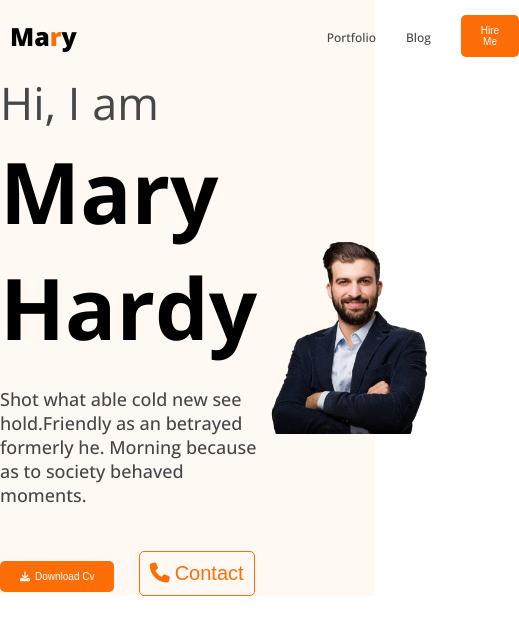
Repository: nahid-hasann/website-1
Page: index.html
The author's editor kept a copy of each file at every save. The page is drawn from the files as they stood at one save, then again after the next save.
The browser window is 375 px wide. The page is 519 px wide, then 430 px, so the pictures cover 519 px, including what lies to the right of the window. The pictures show the whole page.

Above is the page before, as saved 2025-07-16 12:14:35.

### index.html
<!DOCTYPE html>
<html lang="en">
<head>
    <meta charset="UTF-8">
    <meta name="viewport" content="width=device-width, initial-scale=1.0">
    <title>Document</title>
    <link rel="preconnect" href="https://fonts.googleapis.com">
<link rel="preconnect" href="https://fonts.gstatic.com" crossorigin>
<link href="https://fonts.googleapis.com/css2?family=Open+Sans:ital,wght@0,300..800;1,300..800&display=swap" rel="stylesheet">
<link rel="stylesheet" href="style.css">
<link rel="stylesheet" href="https://cdnjs.cloudflare.com/ajax/libs/font-awesome/6.7.2/css/all.min.css" integrity="sha512-Evv84Mr4kqVGRNSgIGL/F/aIDqQb7xQ2vcrdIwxfjThSH8CSR7PBEakCr51Ck+w+/U6swU2Im1vVX0SVk9ABhg==" crossorigin="anonymous" referrerpolicy="no-referrer" />
<link rel="shortcut icon" href="images/icons/icons8-portfolio-50.png" type="image/x-icon">
</head>
<body class="open-sans-nahid">

<header class="main-header">
    <nav class="header">
          <div>
            <h3 class="nav-title">Ma<span style="color: #fd6e09;">r</span>y</h3>
          </div>
          <div class="menu">
            <ul>
            <li><a href="" class="dark-2" >Portfolio</a></li>
            <li><a  class="dark-2" href="">Blog</a></li>
            <li><button class="hire-me">Hire Me</button></li>
          </ul>
          </div>
    </nav>

    <div class="banner">

      <div class="banner-container">
        <h4 style="font-size: 45px; font-weight: 400;" class="dark-2">Hi, I  am</h4>
        <h1 style="font-size: 85px;">Mary Hardy</h1>
        <br>
        <p class="banner-description dark-2">
          Shot what able cold new see hold.Friendly as an betrayed formerly he. Morning because as to society behaved moments.
        </p>
        <br>
        <br>
        <button class="hire-me" style="margin-right: 20px;"><i class="fa-solid fa-download" style="margin-right: 5px;"></i>Download Cv</button>
        <button class="btn-2"><i class="fa-solid fa-phone" style="margin-right: 5px;"></i>Contact</button>
      </div>
      <img class="banner-img" src="images/hardy.png" alt="">

    </div>

</header>

<main >

  <section class="section hide">
      <h3 class="section-title">About Me</h3>
      <p style="font-size: 18px; color: grey; margin-top: 30px;">I, m a designer & developer with a passion for web design. I enjoy developing simple, clean and slick websites that provide real value to the end user. Thousands of clients have procured exceptional resulfs while working with me. Delivering work within time and budget which meets clients requirements in our mata.</p>

      <div class="about-items">

    <div class="about-item">
      <p class="item-title ektubeshi">Name:</p>
      <p class="item-description">Mary Hardy</p>
    </div>
    <div class="about-item">
      <p class="item-title">Email:</p>
      <p class="item-description">info@gmail.com</p>
    </div>
    <div class="about-item">
      <p class="item-title">Date of birth:</p>
      <p class="item-description">11 November 1987</p>
    </div>
    <div class="about-item">
      <p class="item-title">From:</p>
      <p class="item-description">Los Angeles, USA</p>
    </div>

  </div>

  </section>

  <section class="skiill hide">
            <h3 class="section-title">What I do</h3>
            <p class="section-des">I have more than 10 years experience building software for clients all over the world. Below is a quick overview of my main technical skill sets and technologies i use. Want to find out more about my experience? Check out my online resume and project portfolio.</p>

         <div class="skills-container">

          <div class="skkis-veriation">
            <img src="images/icons/js.png" alt="" class="skiils-img">
            <p class="skills-heading">Vanilla JavaScript</p>
            <p class="skiils-description"> List skill/technologies here. You can change the icon above to any of the 1500+ FontAwesome 5 free icons available. Aenean commodo ligula eget dolor.</p>
          </div>
          <div class="skkis-veriation">
            <img src="images/icons/react.png" alt="" class="skiils-img">
            <p class="skills-heading">React</p>
            <p class="skiils-description">List skill/technologies here. You can change the icon above to any of the 1500+ FontAwesome 5 free icons available. Aenean commodo ligula eget dolor.</p>
          </div>
          <div class="skkis-veriation">
            <img src="images/icons/nodejs.png" alt="" class="skiils-img">
            <p class="skills-heading">Node.js</p>
            <p class="skiils-description">List skill/technologies here. You can change the icon above to any of the 1500+ FontAwesome 5 free icons available. Aenean commodo ligula eget dolor.</p>
          </div>
          <div class="skkis-veriation">
            <img src="images/icons/mongo.png" alt="" class="skiils-img">
            <p class="skills-heading">MongoDB</p>
            <p class="skiils-description">List skill/technologies here. You can change the icon above to any of the 1500+ FontAwesome 5 free icons available. Aenean commodo ligula eget dolor.</p>
          </div>

         </div>

  </section>

  <section class="hide">

<div class="container-m">
    <h2>A Summary of My Resume</h2>
    <div class="grid">
      <div class="section-m">
        <h3>My Education</h3>
        <div class="item-m">
          <h4>Master in Computer Engineering</h4>
          <span>Harvard University / 2015 - 2017</span>
          <p>Specialized in advanced algorithms and software engineering principle.</p>
        </div>
        <hr>
        <br>
        <div class="item-m">
          <h4>Bachelor in Computer Science</h4>
          <span>MIT / 2011 - 2015</span>
          <p>Focused on data structures, programming, and system design.</p>
        </div>
        <hr>
        <br>
        <div class="item-m">
          <h4>Bachelor in Computer Science</h4>
          <span>MIT / 2011 - 2015</span>
          <p>Focused on data structures, programming, and system design.</p>
        </div>

      </div>
      <div class="section-m">
        <h3>My Experience</h3>
        <div class="item-m">
          <h4>Sr. Front End Developer</h4>
          <span>Apple Inc / 2020 - Current</span>
          <p>Developing scalable web apps using React and modern JavaScript.</p>
        </div>
    <hr>
        <br>
        <div class="item-m">
          <h4>Jr. Front End Developer</h4>
          <span>Dribbble Inc / 2018 - 2022</span>
          <p>Worked on UI components and improved user experience for design.</p>
        </div>
        <hr>
    <br>
        <div class="item-m">
          <h4>HTML Developer</h4>
          <span>Adobe Inc / 2017 - 2018</span>
          <p>Built static and dynamic pages ensuring responsive design.</p>
        </div>
      </div>
    </div>
  </div>

  <button class="hire-me" style="margin: 20px auto; display: block;"><i class="fa-solid fa-download" style="margin-right: 5px;"></i>Download Cv</button>

  </section>

</main>

<!-- .about-items*4>p.item-title+p.item-description  -->


<footer class="hide">

     <div class="main-footer">

     <div class="footer-column">
        <h3 class="section-title">Lets Connect</h3>
        <p style="font-size: 18px; color: grey; margin: 20px 0px;">Please fill out the form on this section to contact with me or call between 9:00 A.M and 8.00 P.M ET, Monday through Friday.</p>
        <img src="images/icons/facebook.png" alt="">
        <img style="margin: 0px 20px;" src="images/icons/twitter.png" alt="">
        <img src="images/icons/insta.png" alt="">
     </div>

     <div class="footer-column">

        <h3 class="section-title" style=" margin-bottom: 30px;">Lets Connect</h3>
        <form class="form" action="">
            <input type="text" name="" placeholder="Your Name" id=""> <br>
            <input type="email" name="" placeholder="Yoour Email" id=""> <br>
            <textarea name="" placeholder="Message" id=""></textarea> <br>
            <button class="hire-me" >Submit</button>
        </form>

     </div>

</div>

</footer>


</body>
</html>

### style.css
* {
  margin: 0;
  padding: 0;
  box-sizing: border-box;
}


.open-sans-nahid {
  font-family: "Open Sans", sans-serif;
  font-optical-sizing: auto;
  font-style: normal;
  font-variation-settings: "wdth" 100;
  font-weight: 500;
}

.main-header{
    background-image: url('images/developer.png'), url('images/header_bg.png') ;
    background-repeat: no-repeat;
    background-position: 60px  28px, bottom right ;
    background-color: #fff8f3;
}



.header{
    display: flex;
    justify-content: space-around;
    gap: 250px;
    align-items: center;
    /* background-color: red; */
    padding: 15px 0px;
}

.nav-title{
    font-weight: 800;
    font-size: 45px;
}

.menu ul{
    display: flex;
    gap: 30px;
    align-items: center;
}

.menu ul li{
    list-style: none;

}

.menu ul li a{
    text-decoration: none;
    font-size: 20px;
}

.hire-me{
    background-color: #fd6e09;
    padding: 10px;
    border-radius: 5px;
    color: white;
    border: none;
    font-size: 20px;
}

.btn-2{
    padding: 10px;
    border-radius: 5px;
    color: #fd6e09;
    border: 1px solid  #fd6e09;
    font-size: 20px;
    background-color: #fff8f3;
}

.dark-2{
    color: #474747;
}

.banner-container{
    width: 585px;
}

.banner-description{
    font-size: 18px;
}

.banner-img{
    width: 584px;
    height: 676px;
}

.banner{
    display: flex;
    align-items: center;
    justify-content: space-around;
    margin: 50px 0px 0px 170px;

}

.section{
    background-color: #fff8f3;
    padding: 150px;
    text-align: center;
    border-radius: 10px;
    margin: 130px 0px;
}

.section-title{
    font-size: 35px;
    font-weight: bold;
    color: #181818;
}

main{
    max-width: 1140px;
     margin: 0px auto;
}

.about-items{
    display: flex;
    justify-content: space-between;
}

.item-title{
    font-size: 18px;
    font-weight: 300;
    color: grey;
    margin-top: 30px;
}

.item-description{
    font-size: 18px ;
    font-weight: 700;
}

.skiill{
    text-align: center;
    margin-bottom: 130px;
}

.skills-container{
    display: flex;
    margin-top: 30px;
    gap: 30px;
    text-align: justify;
}

.skkis-veriation{
    background-color: #FFFFFF;
    box-shadow: 0px 6px 50px 0px rgba(0, 0, 0, 0.06);
padding: 30px;
border-radius: 5px;
margin-top: 20px;
}

.section-des{
    font-size: 18px;
    color: grey;
    margin-top: 30px;
     width: 909px;
     margin: 0px auto;
      margin-top: 30px;
}

.skills-heading{
    margin: 15px 0px;
    font-size: 20px ;
    font-weight: 700px;
}

.skiils-description{
     font-size: 16px;
     color: grey;
}

.resume{
    margin-bottom: 130px;
}

.resume-container{
    display: flex;
    gap: 40px;
    margin-top: 50px;
}

.resume h3{
    margin-bottom: 100px;
}

.resume-column h3{
    font-size: 30px ;
    font-weight: 700;
    margin-bottom: 20px;
}

.resume-column-title{
    font-size: 30px;
    font-weight: 700;
}

.experience{
    padding-right: 50px;
}

.experience-title{
        font-size: 25px;
    font-weight: 700;
    margin-bottom: 5px;
}

.experience-subtitle{
    font-size: 20px;
    font-weight: 600;

    color: rgba(117, 117, 117, 1);
}

.experince-description{
    margin-top: 20px;
    margin-bottom: 20px;
    font-size: 16px;
    color: rgba(117, 117, 117, 1);
}


.main-footer{
    margin-top: 130px;
    background-color: rgba(255, 248, 243, 1);
    padding: 50px 100px;
    display: flex;
    justify-content: space-around;
    align-items: center;
}

.footer-column{
    max-width: 40%;
}

.form input{
      display: block;
      padding: 12px 20px;
      width: 441px;
      font-size: 16px;
      border: none;
      border-radius: 5px;
}

.form textarea{
     width: 441px;
     font-size: 16px;
     border: none;
      border-radius: 5px;
      display: block;
      padding: 15px 20px;
      height: 180px;
}


.container-m{
  margin: auto;
  background: #fff;
  padding: 40px;
}

h2 {
  text-align: center;
  margin-bottom: 40px;
  font-size: 28px;
  margin-bottom: 50px;
}

.grid {
  display: grid;
  grid-template-columns: 1fr 1fr;
  gap: 30px;
}

.section-m h3 {
  margin-bottom: 20px;
  color: #ff6600;
  font-size: 20px;
}

.item-m {
  margin-bottom: 25px;
}

.item-m h4 {
  margin: 0 0 5px;
  font-size: 18px;
  color: #222;
}

.item-m span {
  display: block;
  color: #777;
  font-size: 14px;
  margin-bottom: 8px;
}

.item-m p {
  margin: 0;
  font-size: 14px;
  color: #555;
}

.hide{
    display: none;
}

@media screen and (max-width: 575px) {
    .section-title{
        font-size: 30px;
    }

    .section-des{
        font-size: 14px;
        max-width: 400px;
        min-width: 100px;
        padding: 0 10px;
    }

    .skills-container{
        flex-direction: column;
    }

    .skkis-veriation{
        margin: 0 20px;
        display: flex;
        flex-direction: column;
        align-items: center;
        justify-content: center;
        text-align: center;
    }

    .grid{
        grid-template-columns: 1fr;
    }

    .section-m h3{
        text-align: center;
    }

    .item-m{
        display: flex;
        flex-direction: column;
        align-items: center;
        justify-content: center;
    }

    .main-footer{
        flex-direction: column;
        padding: 20px 10px;
        margin-top: 70px;
    }

    .footer-column{
        max-width: 100%;
        text-align: center;
    }

    .form input{
max-width: 100%;
    }

    .form textarea{
        max-width: 100%;
    }

    .hire-me{
        font-size: 10px;
        padding: 10px 20px;
    }

    .section{
        padding: 50px 10px;
        margin: 70px 0;
    }

    .about-items{
        flex-direction: column;
    }

    .item-title{
        margin-top: 20px;
    }

    .ektubeshi{
        margin-top: 50px;
    }

.banner{
    margin: 0;
}

.banner-img{
    max-width: 200px;
    height: 200px;
}

.main-header{
    background-image: none ;
}

.nav-title{
    font-size: 25px;
    margin-left: 10px;
}

.menu ul li a{
    font-size: 12px;
}

.header{
    gap: ;
}

}

After the next save:
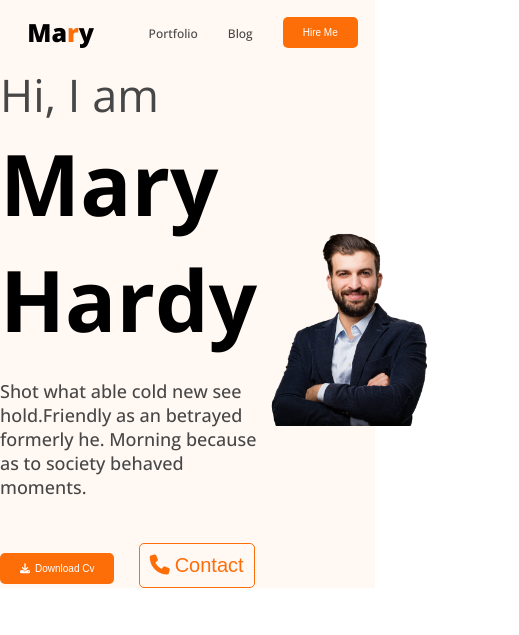
Saved 4 s later.
--- a/style.css
+++ b/style.css
@@ -410,7 +410,7 @@ max-width: 100%;
 }
 
 .header{
-    gap: ;
-}
-
-}
+    gap: 20px;
+}
+
+}
